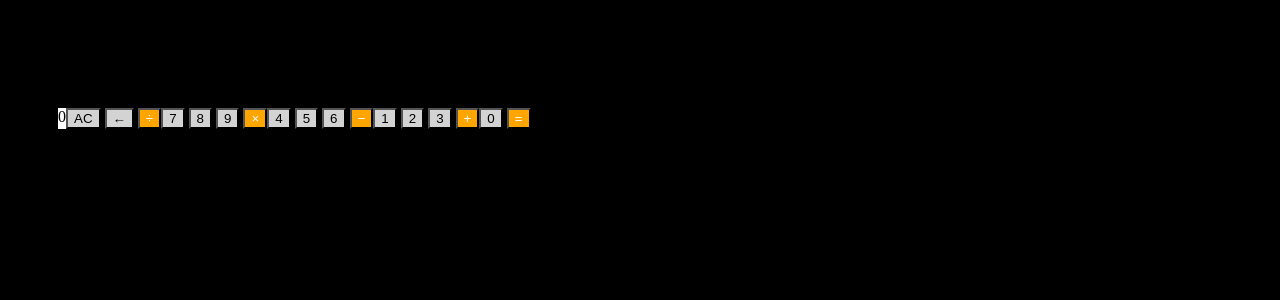
Repository: KaylaDamons/LAB-calculator
Page: index.html
These files come from the project's save history. The page is drawn as it stood at one moment and after the next save; the edit follows.
The browser window is 1280 px wide. The pictures show the whole page.

Above is the page before, as saved 2024-01-13 18:43:43.

After the next save:
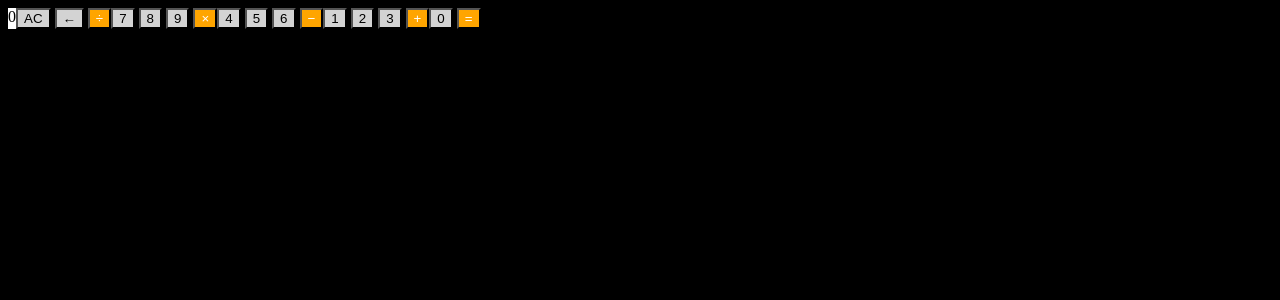
Saved 33 s later.
--- a/main.css
+++ b/main.css
@@ -5,11 +5,7 @@
  .wrapper {
   display: flex;
   flex-wrap: wrap;
-  padding-top: 100px;
-  padding-bottom: 100px;
-  padding-left: 50px;
-  padding-right: 50px;
-}
+ }
 
 
 .sumbar {
